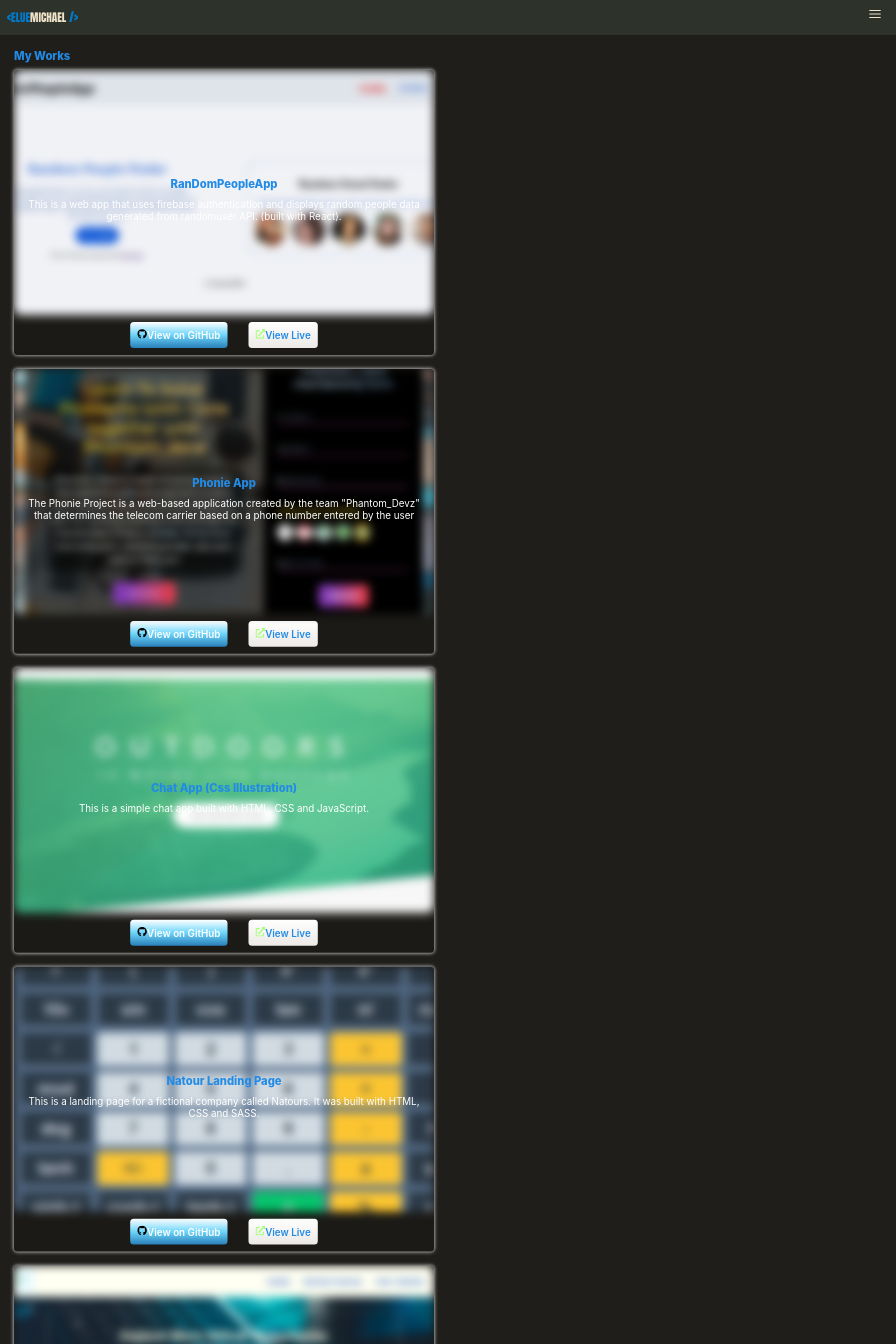
Repository: MikkyPrestige/portfolio
Page: /projects
An editor plug-in stored every save of this project. The page is shown before and after the next save, followed by the edit.
The browser window is 1280 px wide. The pictures show the part of the page from y = 0 to 1920 px (the page is 5651 px tall before and 5668 px after), at 70% of full size.
The project was rebuilt for these pictures with package versions that can differ from the ones it lists, and the page was loaded fresh each time. Also part of the build but not shown: src/components/avatar.jsx, src/components/home.jsx, src/components/about.jsx, src/components/fallback.jsx.

Above is the page before, as saved 2023-02-21 18:48:34.

After the next save:
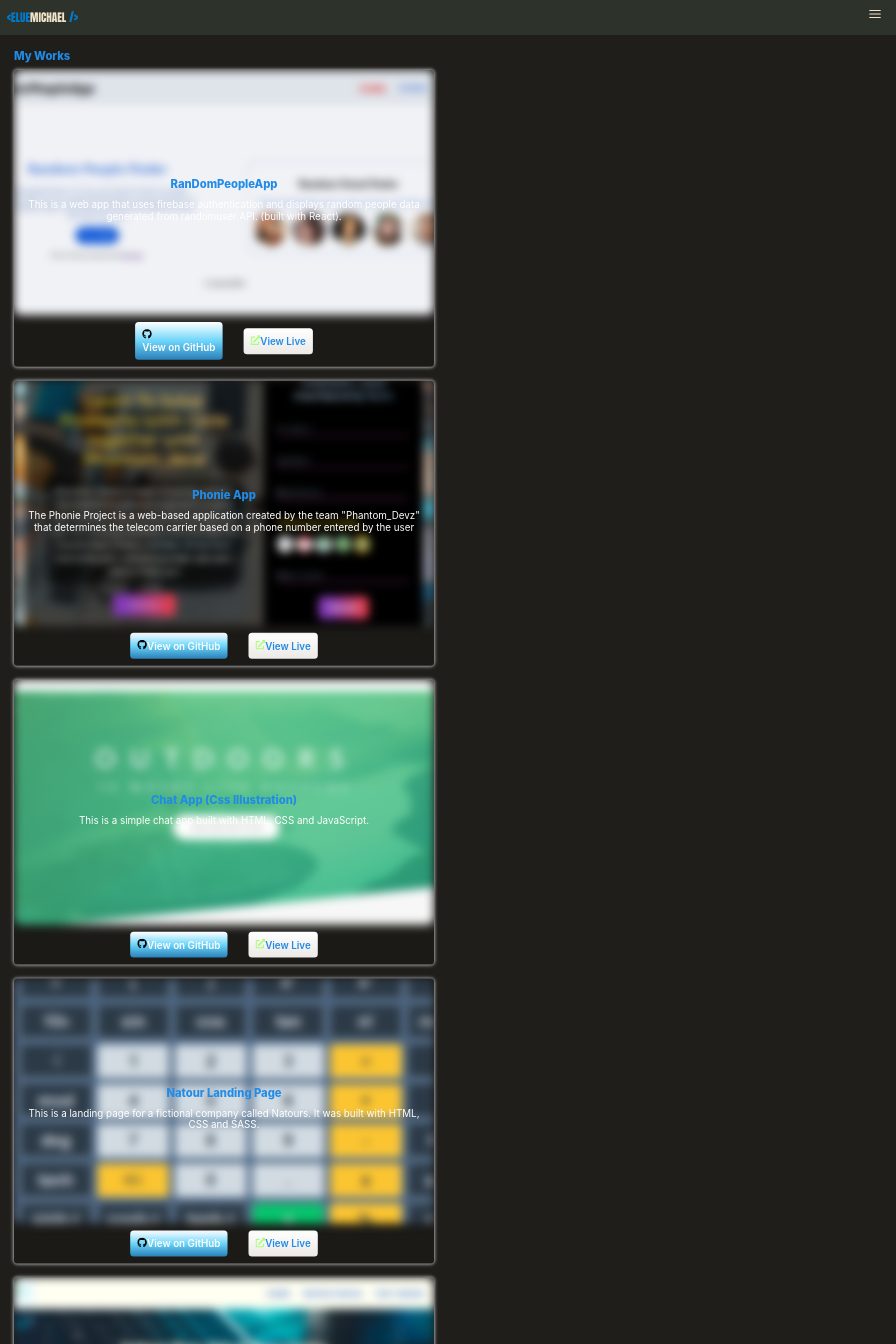
Saved 46 s later.
--- a/src/components/projects.jsx
+++ b/src/components/projects.jsx
@@ -24,7 +24,7 @@
               className="project--card__links__link github-link-bg"
             >
               <FaGithub style={{ color: "#000"}} />
-              <span>View on GitHub</span>
+              <p>View on GitHub</p>
             </Link>
             <Link
               to={{ pathname: "https://randompeopleapp.vercel.app" }}

After the save that followed:
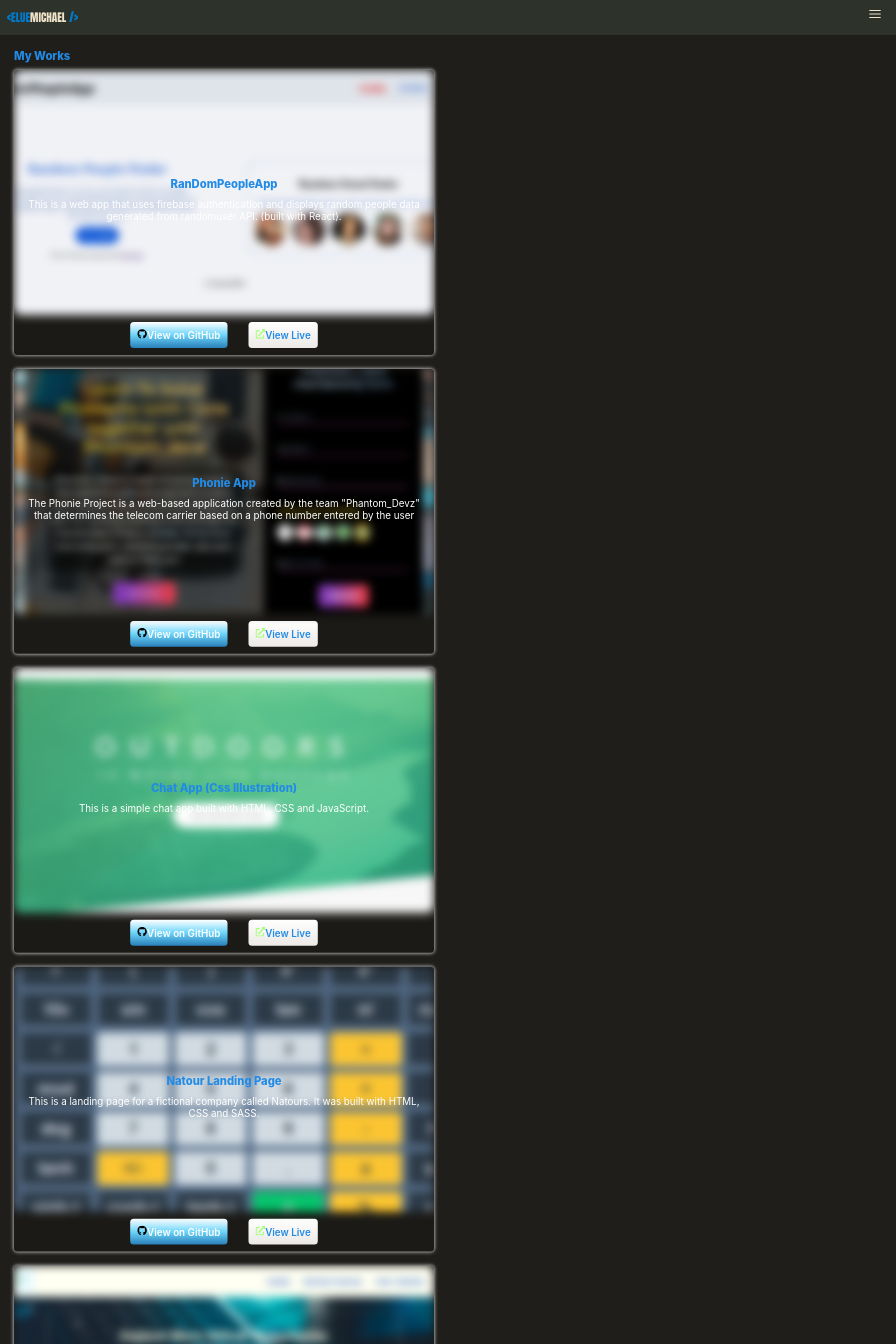
Saved 66 s later.
--- a/src/components/projects.jsx
+++ b/src/components/projects.jsx
@@ -24,7 +24,7 @@
               className="project--card__links__link github-link-bg"
             >
               <FaGithub style={{ color: "#000"}} />
-              <p>View on GitHub</p>
+              <span>View on GitHub</span>
             </Link>
             <Link
               to={{ pathname: "https://randompeopleapp.vercel.app" }}
